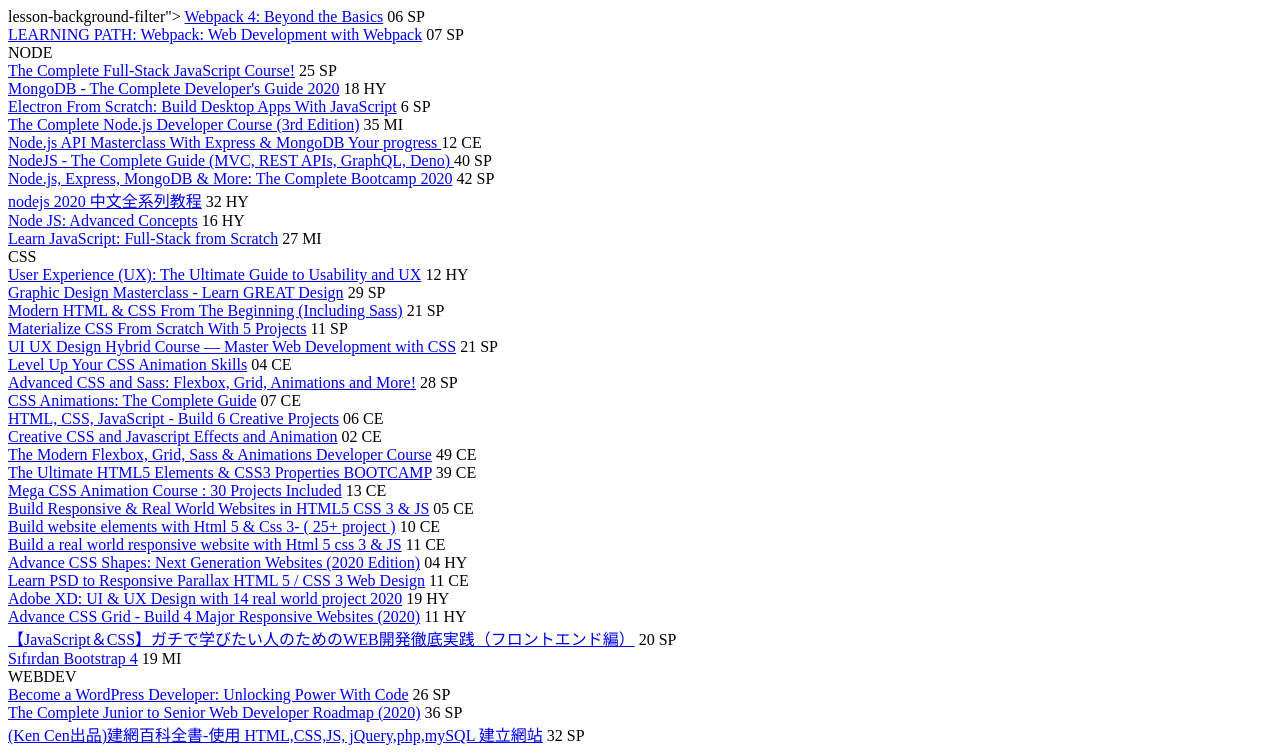
Repository: ClementLight/plan
Page: tmp.html
The author's editor kept a copy of each file at every save. The page is drawn from the files as they stood at one save, then again after the next save.
The browser window is 1280 px wide. The pictures show the whole page.

Above is the page before, as saved 2020-09-01 14:32:58.

### tmp.html
lesson-background-filter">
          <a class="lessonname" href="https://www.udemy.com/course/webpack-beyond-the-basics/learn/lecture/8445416?start=285#overview">Webpack 4: Beyond the Basics</a>
          <span class="hours">06</span>
          <span class="account">SP</span>
        </div>
        <div class="lesson lesson-background-filter">
          <a class="lessonname" href="https://www.udemy.com/course/learning-path-webpack-web-development-with-webpack/learn/lecture/9378330#overview">LEARNING PATH: Webpack: Web Development with Webpack</a>
          <span class="hours">07</span>
          <span class="account">SP</span>
        </div>
      </div>
    </section>
    <section class="maincontainers">
      <div class="lessontype">NODE</div>
      <div class="lessons">
        <div class="lesson lesson-background-filter">
          <a class="lessonname" href="https://www.udemy.com/course/full-stack-javascript/learn/lecture/14022702?start=0#overview">The Complete Full-Stack JavaScript Course!</a>
          <span class="hours">25</span>
          <span class="account">SP</span>
        </div>
        <div class="lesson lesson-background-filter">
          <a class="lessonname" href="https://www.udemy.com/course/mongodb-the-complete-developers-guide/learn/lecture/13914002?start=0#overview">MongoDB - The Complete Developer's Guide 2020</a>
          <span class="hours">18</span>
          <span class="account">HY</span>
        </div>
        <div class="lesson lesson-background-filter">
          <a class="lessonname" href="https://www.udemy.com/course/electron-from-scratch/learn/lecture/19823412#overview">Electron From Scratch: Build Desktop Apps With JavaScript</a>
          <span class="hours">6</span>
          <span class="account">SP</span>
        </div>
        <div class="lesson lesson-background-filter">
          <a class="lessonname" href="https://www.udemy.com/course/the-complete-nodejs-developer-course-2/learn/lecture/13729190?start=0#announcements">The Complete Node.js Developer Course (3rd Edition)</a>
          <span class="hours">35</span>
          <span class="account">MI</span>
        </div>
        <div class="lesson lesson-background-filter">
          <a class="lessonname" href="https://www.udemy.com/course/nodejs-api-masterclass/learn/lecture/16581402?start=0#overview">Node.js API Masterclass With Express & MongoDB Your progress </a>
          <span class="hours">12</span>
          <span class="account">CE</span>
        </div>
        <div class="lesson lesson-background-filter">
          <a class="lessonname" href="https://www.udemy.com/course/nodejs-the-complete-guide/learn/lecture/11561886#overview">NodeJS - The Complete Guide (MVC, REST APIs, GraphQL, Deno) </a>
          <span class="hours">40</span>
          <span class="account">SP</span>
        </div>
        <div class="lesson lesson-background-filter">
          <a class="lessonname" href="https://www.udemy.com/course/nodejs-express-mongodb-bootcamp/learn/lecture/15065290?start=135#overview">Node.js, Express, MongoDB & More: The Complete Bootcamp 2020</a>
          <span class="hours">42</span>
          <span class="account">SP</span>
        </div>
        <div class="lesson lesson-background-filter">
          <a class="lessonname" href="https://www.udemy.com/course/nodejs-2020/learn/lecture/19475016?start=315#overview">nodejs 2020 中文全系列教程</a>
          <span class="hours">32</span>
          <span class="account">HY</span>
        </div>
        <div class="lesson lesson-background-filter">
          <a class="lessonname" href="https://www.udemy.com/course/advanced-node-for-developers/learn/lecture/9667538?start=0#overview">Node JS: Advanced Concepts</a>
          <span class="hours">16</span>
          <span class="account">HY</span>
        </div>
        <div class="lesson lesson-background-filter">
          <a class="lessonname" href="https://www.udemy.com/course/learn-javascript-full-stack-from-scratch/learn/lecture/15373818?start=1#overview">Learn JavaScript: Full-Stack from Scratch</a>
          <span class="hours">27</span>
          <span class="account">MI</span>
        </div>
      </div>
    </section>
    <section class="maincontainers">
      <div class="lessontype">CSS</div>
      <div class="lessons">
        <div class="lesson lesson-background-filter">
          <a class="lessonname" href="https://www.udemy.com/course/ultimate-guide-to-ux/learn/lecture/218133#overview">User Experience (UX): The Ultimate Guide to Usability and UX</a>
          <span class="hours">12</span>
          <span class="account">HY</span>
        </div>
        <div class="lesson lesson-background-filter">
          <a class="lessonname" href="https://www.udemy.com/course/graphic-design-masterclass-everything-you-need-to-know/learn/lecture/16859564?start=10#overview">Graphic Design Masterclass - Learn GREAT Design</a>
          <span class="hours">29</span>
          <span class="account">SP</span>
        </div>
        <div class="lesson lesson-background-filter">
          <a class="lessonname" href="https://www.udemy.com/course/modern-html-css-from-the-beginning/learn/lecture/13285606?start=0#overview">Modern HTML & CSS From The Beginning (Including Sass)</a>
          <span class="hours">21</span>
          <span class="account">SP</span>
        </div>
        <div class="lesson lesson-background-filter">
          <a class="lessonname" href="https://www.udemy.com/course/materialize-css-from-scratch-with-5-projects/learn/lecture/9380778?start=120#overview">Materialize CSS From Scratch With 5 Projects</a>
          <span class="hours">11</span>
          <span class="account">SP</span>
        </div>
        <div class="lesson lesson-background-filter">
          <a class="lessonname" href="https://www.udemy.com/course/uxdevelopment/learn/lecture/21499324?start=45#questions">UI UX Design Hybrid Course — Master Web Development with CSS</a>
          <span class="hours">21</span>
          <span class="account">SP</span>
        </div>
        <div class="lesson lesson-background-filter">
          <a class="lessonname" href="https://www.udemy.com/course/level-up-your-css-animation-skills/learn/lecture/14278658?start=746#overview">Level Up Your CSS Animation Skills</a>
          <span class="hours">04</span>
          <span class="account">CE</span>
        </div>
        <div class="lesson lesson-background-filter">
          <a class="lessonname" href="https://www.udemy.com/course/advanced-css-and-sass/learn/lecture/8859760?start=150#overview">Advanced CSS and Sass: Flexbox, Grid, Animations and More!</a>
          <span class="hours">28</span>
          <span class="account">SP</span>
        </div>
        <div class="lesson lesson-background-filter">
          <a class="lessonname" href="https://www.udemy.com/course/css-animations-the-complete-guide/learn/lecture/21508866?start=0#overview">CSS Animations: The Complete Guide</a>
          <span class="hours">07</span>
          <span class="account">CE</span>
        </div>
        <div class="lesson lesson-background-filter">
          <a class="lessonname" href="https://www.udemy.com/course/html-css-javascript-course-build-6-creative-projects/learn/lecture/12194674?start=180#overview">HTML, CSS, JavaScript - Build 6 Creative Projects</a>
          <span class="hours">06</span>
          <span class="account">CE</span>
        </div>
        <div class="lesson lesson-background-filter">
          <a class="lessonname" href="https://www.udemy.com/course/creative-css-and-javascript-effects-and-animation/learn/lecture/20827122#overview">Creative CSS and Javascript Effects and Animation</a>
          <span class="hours">02</span>
          <span class="account">CE</span>
        </div>
        <div class="lesson lesson-background-filter">
          <a class="lessonname" href="https://www.udemy.com/course/the-modern-flexbox-grid-sass-animations-developer-course/learn/lecture/20861738?start=15#questions">The Modern Flexbox, Grid, Sass & Animations Developer Course</a>
          <span class="hours">49</span>
          <span class="account">CE</span>
        </div>
        <div class="lesson lesson-background-filter">
          <a class="lessonname" href="https://www.udemy.com/course/the-most-up-tp-date-html5-css3-level-1-essentials-with-100-challenges/learn/lecture/18515152?start=131#overview">The Ultimate HTML5 Elements & CSS3 Properties BOOTCAMP</a>
          <span class="hours">39</span>
          <span class="account">CE</span>
        </div>
        <div class="lesson lesson-background-filter">
          <a class="lessonname" href="https://www.udemy.com/course/mega-css-animation-course/learn/lecture/15322532?start=0#overview">Mega CSS Animation Course : 30 Projects Included</a>
          <span class="hours">13</span>
          <span class="account">CE</span>
        </div>
        <div class="lesson lesson-background-filter">
          <a class="lessonname" href="https://www.udemy.com/course/build-responsive-real-world-websites-in-html5-css-3-js/learn/lecture/20595720?start=0#overview">Build Responsive & Real World Websites in HTML5 CSS 3 & JS</a>
          <span class="hours">05</span>
          <span class="account">CE</span>
        </div>
        <div class="lesson lesson-background-filter">
          <a class="lessonname" href="https://www.udemy.com/course/build-website-elements-with-html-5-css-3-25-project/learn/lecture/8485378?start=360#overview">Build website elements with Html 5 & Css 3- ( 25+ project )</a>
          <span class="hours">10</span>
          <span class="account">CE</span>
        </div>
        <div class="lesson lesson-background-filter">
          <a class="lessonname" href="https://www.udemy.com/course/build-a-real-world-responsive-website-with-html-5-css-3-js/learn/lecture/9007158?start=15#overview">Build a real world responsive website with Html 5 css 3 & JS</a>
          <span class="hours">11</span>
          <span class="account">CE</span>
        </div>
        <div class="lesson lesson-background-filter">
          <a class="lessonname" href="https://www.udemy.com/course/mastering-native-css-shapes/learn/lecture/7168320?start=0#overview">Advance CSS Shapes: Next Generation Websites (2020 Edition)</a>
          <span class="hours">04</span>
          <span class="account">HY</span>
        </div>
        <div class="lesson lesson-background-filter">
          <a class="lessonname" href="https://www.udemy.com/course/learn-psd-to-responsive-parallax-html-5-css-3-web-design/learn/lecture/12566652?start=0#overview">Learn PSD to Responsive Parallax HTML 5 / CSS 3 Web Design</a>
          <span class="hours">11</span>
          <span class="account">CE</span>
        </div>
        <div class="lesson lesson-background-filter">
          <a class="lessonname" href="https://www.udemy.com/course/adobe-xd-ui-ux-design-with-10-real-world-project-2020-tuto/learn/lecture/18412718?start=0#overview">Adobe XD: UI & UX Design with 14 real world project 2020</a>
          <span class="hours">19</span>
          <span class="account">HY</span>
        </div>
        <div class="lesson lesson-background-filter">
          <a class="lessonname" href="https://www.udemy.com/course/css-grid-the-complete-guide/learn/lecture/10099838?start=0#overview">Advance CSS Grid - Build 4 Major Responsive Websites (2020)</a>
          <span class="hours">11</span>
          <span class="account">HY</span>
        </div>

        <div class="lesson lesson-background-filter">
          <a class="lessonname" href="https://www.udemy.com/course/front-dev-tutorial/learn/lecture/17695216?start=477#overview">【JavaScript＆CSS】ガチで学びたい人のためのWEB開発徹底実践（フロントエンド編）</a>
          <span class="hours">20</span>
          <span class="account">SP</span>
        </div>
        <div class="lesson lesson-background-filter">
          <a class="lessonname" href="https://www.udemy.com/course/sifirdan-bootstrap-4/learn/lecture/15031248#overview">Sıfırdan Bootstrap 4</a>
          <span class="hours">19</span>
          <span class="account">MI</span>
        </div>
      </div>
    </section>
    <section class="maincontainers">
      <div class="lessontype">WEBDEV</div>
      <div class="lessons">
        <div class="lesson lesson-background-filter">
          <a class="lessonname" href="https://www.udemy.com/course/become-a-wordpress-developer-php-javascript/learn/lecture/7076998?start=270#overview">Become a WordPress Developer: Unlocking Power With Code</a>
          <span class="hours">26</span>
          <span class="account">SP</span>
        </div>
        <div class="lesson lesson-background-filter">
          <a class="lessonname" href="https://www.udemy.com/course/the-complete-junior-to-senior-web-developer-roadmap/learn/lecture/10409076?start=0#overview">The Complete Junior to Senior Web Developer Roadmap (2020)</a>
          <span class="hours">36</span>
          <span class="account">SP</span>
        </div>
        <div class="lesson lesson-background-filter">
          <a class="lessonname" href="https://www.udemy.com/course/ken-cens/learn/lecture/5246918?start=30#overview"> (Ken Cen出品)建網百科全書-使用 HTML,CSS,JS, jQuery,php,mySQL 建立網站</a>
          <span class="hours">32</span>
          <span class="account">SP</span>
        </div>
      </div>
    </section>

  </section>

After the next save:
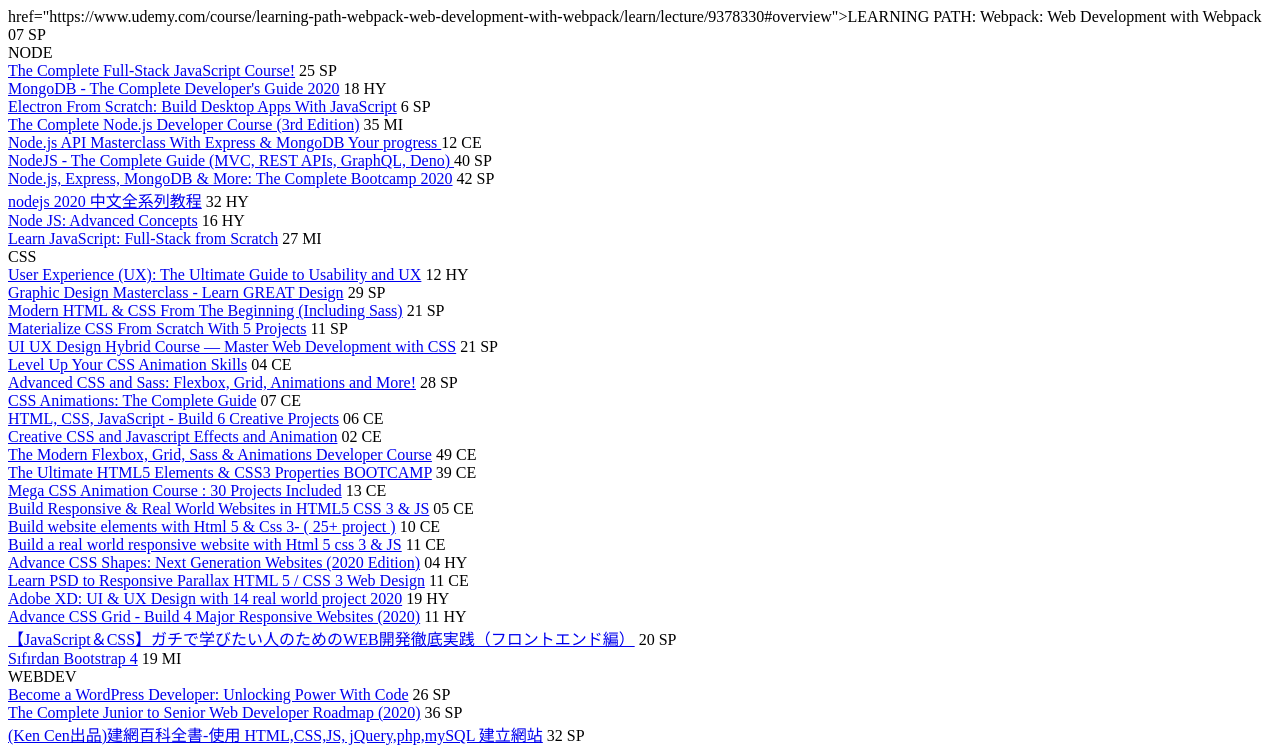
Saved 10 s later.
--- a/tmp.html
+++ b/tmp.html
@@ -1,10 +1,4 @@
-lesson-background-filter">
-          <a class="lessonname" href="https://www.udemy.com/course/webpack-beyond-the-basics/learn/lecture/8445416?start=285#overview">Webpack 4: Beyond the Basics</a>
-          <span class="hours">06</span>
-          <span class="account">SP</span>
-        </div>
-        <div class="lesson lesson-background-filter">
-          <a class="lessonname" href="https://www.udemy.com/course/learning-path-webpack-web-development-with-webpack/learn/lecture/9378330#overview">LEARNING PATH: Webpack: Web Development with Webpack</a>
+href="https://www.udemy.com/course/learning-path-webpack-web-development-with-webpack/learn/lecture/9378330#overview">LEARNING PATH: Webpack: Web Development with Webpack</a>
           <span class="hours">07</span>
           <span class="account">SP</span>
         </div>
